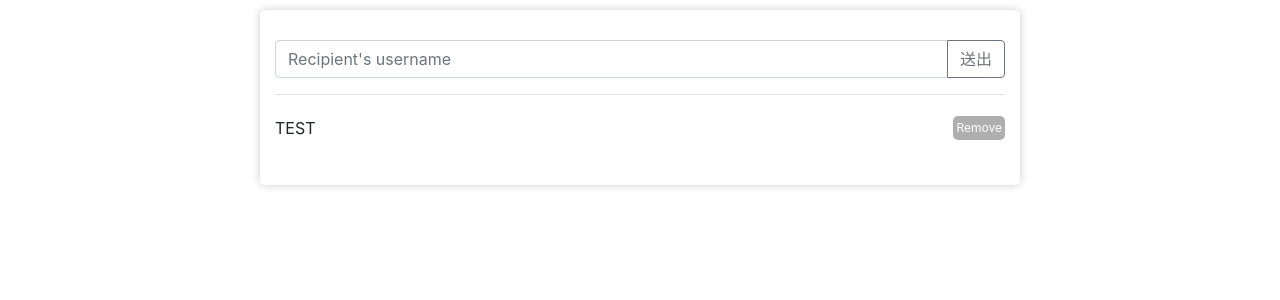
Repository: iian0910/vue3_todoList
Page: /
The author's editor kept a copy of each file at every save. The page is drawn from the files as they stood at one save, then again after the next save.
The browser window is 1280 px wide. The pictures show the whole page.
The project was rebuilt for these pictures with package versions that can differ from the ones it lists, and the page was loaded fresh each time.

Above is the page before, as saved 2021-02-23 16:13:43.

### src/App.vue
<template>
  <TodoList/>
</template>

<script lang="ts">
import { defineComponent } from 'vue'
import TodoList from './components/TodoList.vue'

export default defineComponent({
  name: 'App',
  components: {
    TodoList
  }
})
</script>

<style lang="scss">
@import './assets/scss/all';
</style>

### src/assets/scss/all.scss
@import '~bootstrap/scss/bootstrap.scss';
@import './helpers/variables';

### src/components/TodoList.vue
<template>
  <div class="container">
    <div class="row">
      <div class="col-8 offset-2 content">
        <!-- input 輸入框 -->
        <div class="input-group mb-3">
          <input
            type="text"
            class="form-control"
            placeholder="Recipient's username"
            v-model="newTodo">
          <div class="input-group-append">
            <button
              class="btn btn-outline-secondary"
              type="button"
              @click="addTodo">送出</button>
          </div>
        </div>
        <!---->
        <hr>
        <!-- List 展示 -->
        <ul class="list">
          <li class="list-item d-flex justify-content-between align-items-center" v-for="(todo, index) in todoList" :key="index">
            <label class="list-item-title m-0 p-0">{{todo.title}}</label>
            <div class="remove-list">Remove</div>
          </li>
        </ul>
        <!---->
      </div>
    </div>
  </div>
</template>
<script lang="ts">
import { defineComponent, reactive, ref } from 'vue'

interface Todo {
  // eslint-disable-next-line @typescript-eslint/member-delimiter-style
  id: string
  // eslint-disable-next-line @typescript-eslint/member-delimiter-style
  title: string
}

export default defineComponent({
  name: 'TodoList',
  setup () {
    // ref:
    // 可以接受「任何型態」的資料
    // 但是不會對「物件」或「陣列」內部的屬性變動做監聽

    // reactive
    // 「只接受」物件或陣列，可以做深層的監聽
    // 以及取得資料不需要 「.value」
    const newTodo = ref('')
    const todoList = reactive([{
      id: '001',
      title: 'TEST'
    }])

    // methods
    function addTodo () {
      if (newTodo.value) {
        todoList.push({
          id: Math.floor(Date.now()).toString(),
          title: newTodo.value
        })
        newTodo.value = ''
      }
    }

    // return
    return {
      todoList,
      newTodo,
      addTodo
    }
  }
})
</script>

<style lang="scss">
.content{
  padding: 30px;
  margin: 10px auto;
  border-radius: 5px;
  box-shadow: 0px 0px 10px 0px rgba(0, 0, 0, 0.2);
}
.list{
  padding: 0;
  margin: 0;
  list-style: none;
}
.list-item{
  padding: 5px 0;
  margin-bottom: 10px;
}
.remove-list{
  padding: 3px;
  border-radius: 5px;
  background-color: rgb(175, 175, 175);
  font-size: 12px;
  color: white;
  cursor: pointer;
}
</style>

Loaded but not shown: public/index.html (common file); src/main.ts (common file); src/assets/scss/helpers/_variables.scss (1146 lines, source omitted)

After the next save:
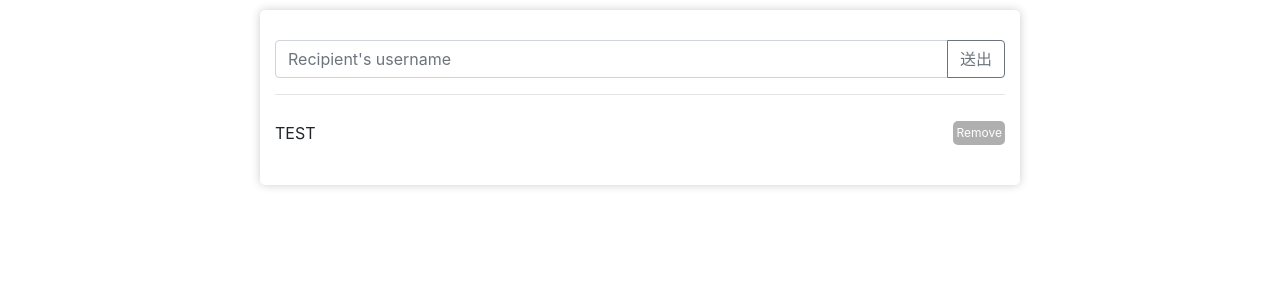
Saved 19 s later.
--- a/src/components/TodoList.vue
+++ b/src/components/TodoList.vue
@@ -90,8 +90,8 @@ export default defineComponent({
   list-style: none;
 }
 .list-item{
-  padding: 5px 0;
-  margin-bottom: 10px;
+  padding: 10px 0;
+  margin-bottom: 0;
 }
 .remove-list{
   padding: 3px;
